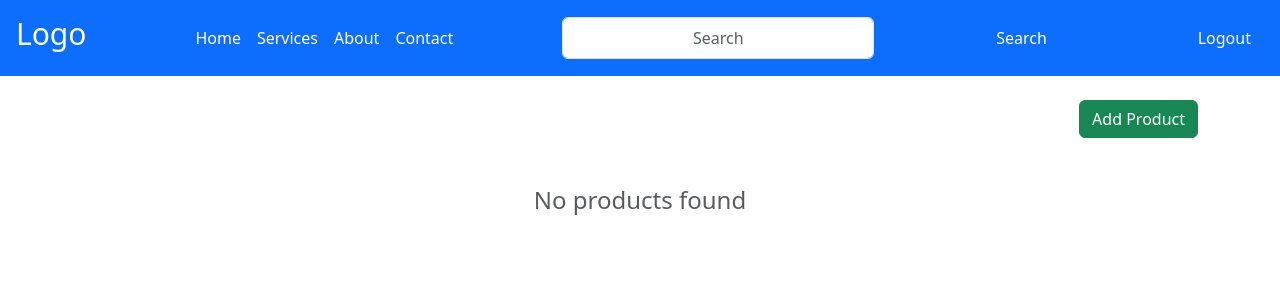
Repository: Habeebur1493/App
Page: /home (app in frontend/src/)
The author's editor kept a copy of each file at every save. The page is drawn from the files as they stood at one save, then again after the next save.
The browser window is 1280 px wide. The pictures show the whole page.
The project was rebuilt for these pictures with package versions that can differ from the ones it lists, and the page was loaded fresh each time. Also part of the build but not shown: frontend/src/LoginValidation.js, frontend/src/Login.js, frontend/src/SignupValidation.js, frontend/src/Signup.js, frontend/src/ViewProduct.js, frontend/src/ProductForm.js, frontend/src/AddProduct.js.

Above is the page before, as saved 2025-02-16 19:14:47.

### frontend/src/App.js
import React from 'react'
import Login from './Login'
import { BrowserRouter, Routes, Route } from 'react-router-dom'
import Signup from './Signup'
import Home from './Home'
import ViewProduct from "./ViewProduct";
import AddProduct from "./AddProduct";
import ProductForm from "./ProductForm";



function App() {
  return (
    <BrowserRouter>
    <Routes>
      <Route path="/" element={<Login />} />
      <Route path="/signup" element={<Signup />} />
      <Route path="/home" element={<Home/>} />
      <Route path="/view/:id" element={<ViewProduct />} />
      <Route path="/add-product" element={<AddProduct />} />
      <Route path="/edit-product/:id" element={<ProductForm />} />
    </Routes>
    </BrowserRouter>
  )
}

export default App

### frontend/src/Home.js
import React, { useState, useEffect } from "react";
import { Link } from "react-router-dom";

function Home() {
  const [products, setProducts] = useState(() => {
    const savedProducts = localStorage.getItem("products");
    return savedProducts ? JSON.parse(savedProducts) : [];
  });

  useEffect(() => {
    localStorage.setItem("products", JSON.stringify(products));
  }, [products]);

  // Function to delete a product
  const handleDelete = (index) => {
    const updatedProducts = products.filter((_, i) => i !== index);
    setProducts(updatedProducts);
  };

  return (
    <div>
      {/* Navigation Bar */}
      <nav className="navbar bg-primary p-3 text-white d-flex justify-content-between align-items-center">
        <h1 className="text-white" style={{ fontSize: "30px" }}>
          Logo
        </h1>
        <ul className="d-flex gap-3 list-unstyled m-0">
          <li>Home</li>
          <li>Services</li>
          <li>About</li>
          <li>Contact</li>
        </ul>
        <input
          className="form-control w-25 m-0 p-2 text-black rounded bg-white text-center"
          type="text"
          placeholder="Search"
        />
        <button className="btn btn-primary text-white">Search</button>
        <Link to="/" className="btn btn-primary text-white ms-3">Logout</Link>
      </nav>

      {/* Button to Add Product */}
      <div className="container mt-4 text-end">
        <Link to="/add-product">
          <button className="btn btn-success">Add Product</button>
        </Link>
      </div>

      {/* Product List or No Products Message */}
      <div className="container mt-4">
        {products.length === 0 ? (
          <div className="text-center mt-5">
            <h4 className="text-muted">No products found</h4>
          </div>
        ) : (
          <div className="row row-cols-1 row-cols-md-3 g-4">
            {products.map((product, index) => (
              <div key={index} className="col">
                <div className="card shadow-sm p-2 text-center">
                  <img
                    src={product.image}
                    className="card-img-top"
                    alt={product.name}
                    style={{ height: "150px", objectFit: "cover" }}
                  />
                  <div className="card-body">
                    <h6 className="card-title">{product.name}</h6>
                    <p className="card-text text-primary">{product.price}$</p>
                    <p className="card-text">{product.description}</p>
                    <Link
                      to={`/edit-product/${index}`}
                      className="btn btn-primary me-2"
                    >
                      Edit
                    </Link>

                    <button
                      className="btn btn-danger me-2"
                      onClick={() => handleDelete(index)}
                    >
                      Delete
                    </button>

                    <button className="btn btn-secondary">
                      <Link
                        to={`/view/${index}`}
                        className="text-white text-decoration-none"
                      >
                        View
                      </Link>
                    </button>
                  </div>
                </div>
              </div>
            ))}
          </div>
        )}
      </div>
    </div>
  );
}

export default Home;

Loaded but not shown: frontend/src/index.js (common file); frontend/src/index.css (common file); frontend/src/reportWebVitals.js (common file)

After the next save:
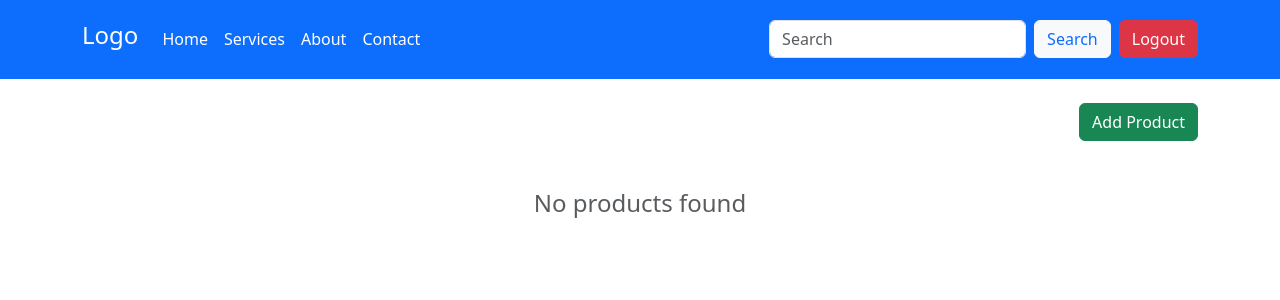
Saved 3 h 41 min later.
--- a/frontend/src/Home.js
+++ b/frontend/src/Home.js
@@ -11,7 +11,6 @@ function Home() {
     localStorage.setItem("products", JSON.stringify(products));
   }, [products]);
 
-  // Function to delete a product
   const handleDelete = (index) => {
     const updatedProducts = products.filter((_, i) => i !== index);
     setProducts(updatedProducts);
@@ -19,41 +18,53 @@ function Home() {
 
   return (
     <div>
-      {/* Navigation Bar */}
-      <nav className="navbar bg-primary p-3 text-white d-flex justify-content-between align-items-center">
-        <h1 className="text-white" style={{ fontSize: "30px" }}>
-          Logo
-        </h1>
-        <ul className="d-flex gap-3 list-unstyled m-0">
-          <li>Home</li>
-          <li>Services</li>
-          <li>About</li>
-          <li>Contact</li>
-        </ul>
-        <input
-          className="form-control w-25 m-0 p-2 text-black rounded bg-white text-center"
-          type="text"
-          placeholder="Search"
-        />
-        <button className="btn btn-primary text-white">Search</button>
-        <Link to="/" className="btn btn-primary text-white ms-3">Logout</Link>
+      {/* Responsive Navbar */}
+      <nav className="navbar navbar-expand-lg bg-primary p-3 text-white">
+        <div className="container">
+          <h1 className="navbar-brand text-white" style={{ fontSize: "24px" }}>Logo</h1>
+          <button
+            className="navbar-toggler"
+            type="button"
+            data-bs-toggle="collapse"
+            data-bs-target="#navbarNav"
+          >
+            <span className="navbar-toggler-icon"></span>
+          </button>
+          <div className="collapse navbar-collapse" id="navbarNav">
+            <ul className="navbar-nav me-auto">
+              <li className="nav-item"><Link className="nav-link text-white" to="/">Home</Link></li>
+              <li className="nav-item"><Link className="nav-link text-white" to="/">Services</Link></li>
+              <li className="nav-item"><Link className="nav-link text-white" to="/">About</Link></li>
+              <li className="nav-item"><Link className="nav-link text-white" to="/">Contact</Link></li>
+            </ul>
+            <div className="d-flex">
+              <input
+                className="form-control me-2"
+                type="text"
+                placeholder="Search"
+              />
+              <button className="btn btn-light text-primary me-2">Search</button>
+              <Link to="/" className="btn btn-danger">Logout</Link>
+            </div>
+          </div>
+        </div>
       </nav>
 
-      {/* Button to Add Product */}
+      {/* Add Product Button */}
       <div className="container mt-4 text-end">
         <Link to="/add-product">
           <button className="btn btn-success">Add Product</button>
         </Link>
       </div>
 
-      {/* Product List or No Products Message */}
+      {/* Product List */}
       <div className="container mt-4">
         {products.length === 0 ? (
           <div className="text-center mt-5">
             <h4 className="text-muted">No products found</h4>
           </div>
         ) : (
-          <div className="row row-cols-1 row-cols-md-3 g-4">
+          <div className="row row-cols-1 row-cols-sm-2 row-cols-md-3 g-4">
             {products.map((product, index) => (
               <div key={index} className="col">
                 <div className="card shadow-sm p-2 text-center">
@@ -61,34 +72,23 @@ function Home() {
                     src={product.image}
                     className="card-img-top"
                     alt={product.name}
-                    style={{ height: "150px", objectFit: "cover" }}
+                    style={{ height: "180px", objectFit: "contain" }}
                   />
                   <div className="card-body">
                     <h6 className="card-title">{product.name}</h6>
-                    <p className="card-text text-primary">{product.price}$</p>
+                    <p className="card-text text-primary">${product.price}</p>
                     <p className="card-text">{product.description}</p>
-                    <Link
-                      to={`/edit-product/${index}`}
-                      className="btn btn-primary me-2"
-                    >
-                      Edit
-                    </Link>
-
-                    <button
-                      className="btn btn-danger me-2"
-                      onClick={() => handleDelete(index)}
-                    >
-                      Delete
-                    </button>
-
-                    <button className="btn btn-secondary">
-                      <Link
-                        to={`/view/${index}`}
-                        className="text-white text-decoration-none"
-                      >
+                    <div className="d-flex flex-wrap justify-content-center gap-2">
+                      <Link to={`/edit-product/${index}`} className="btn btn-primary">
+                        Edit
+                      </Link>
+                      <button className="btn btn-danger" onClick={() => handleDelete(index)}>
+                        Delete
+                      </button>
+                      <Link to={`/view/${index}`} className="btn btn-secondary">
                         View
                       </Link>
-                    </button>
+                    </div>
                   </div>
                 </div>
               </div>
